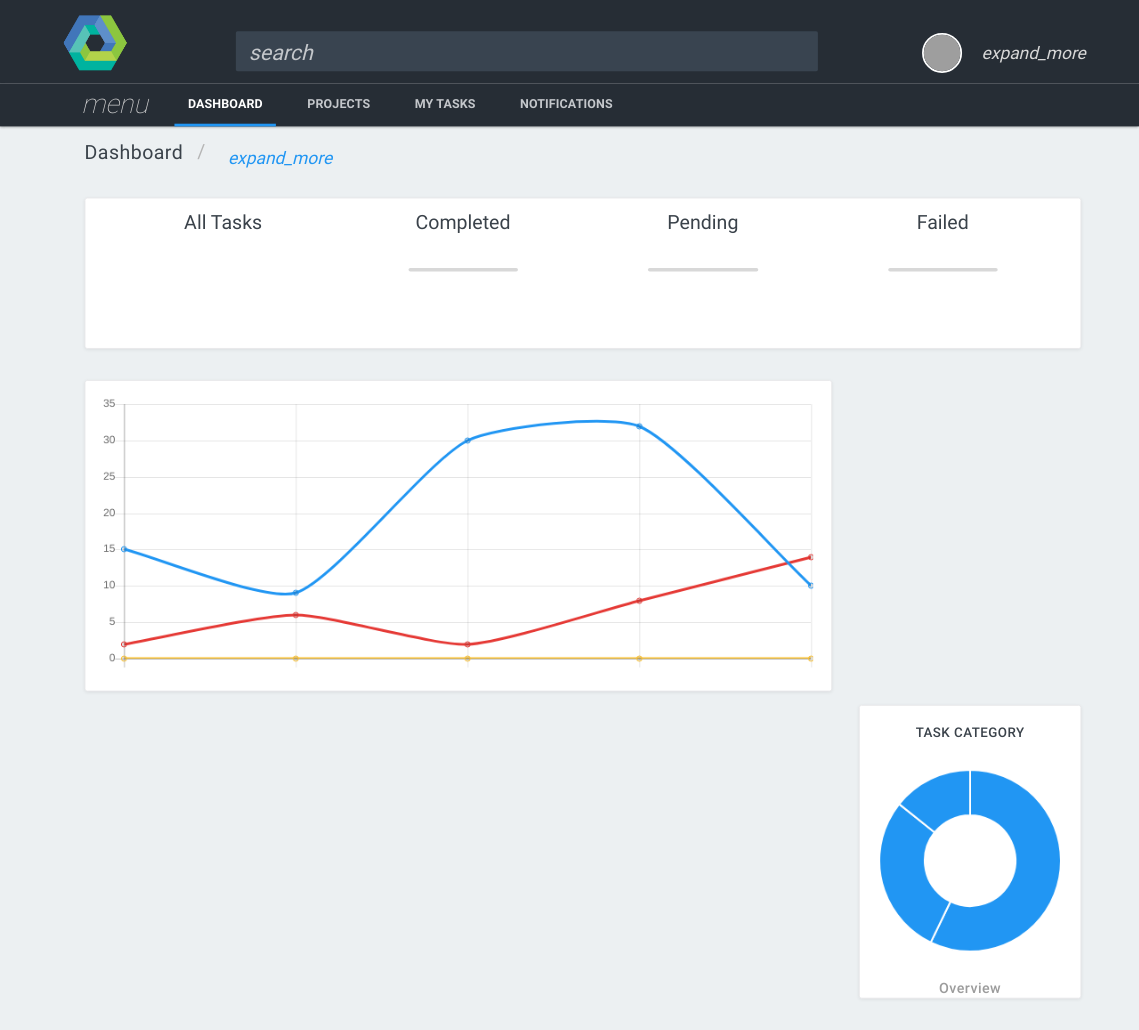
Repository: RenanChagas/ProjectManagement
Page: http://localhost/finalproject/WEB-INF/views/dashboard.jsp
These files come from the project's save history. The page is drawn as it stood at one moment and after the next save; the edit follows.
The browser window is 1280 px wide. The pictures show the whole page, at 89% of full size.
Pictures or frames that could not be fetched are drawn as grey boxes. The page is served by Tomcat 9. Nobody is signed in. The template is opened directly, without the code that normally fills it, so the values that code supplies are empty.

Above is the page before, as saved 2017-11-20 02:09:11.

After the next save:
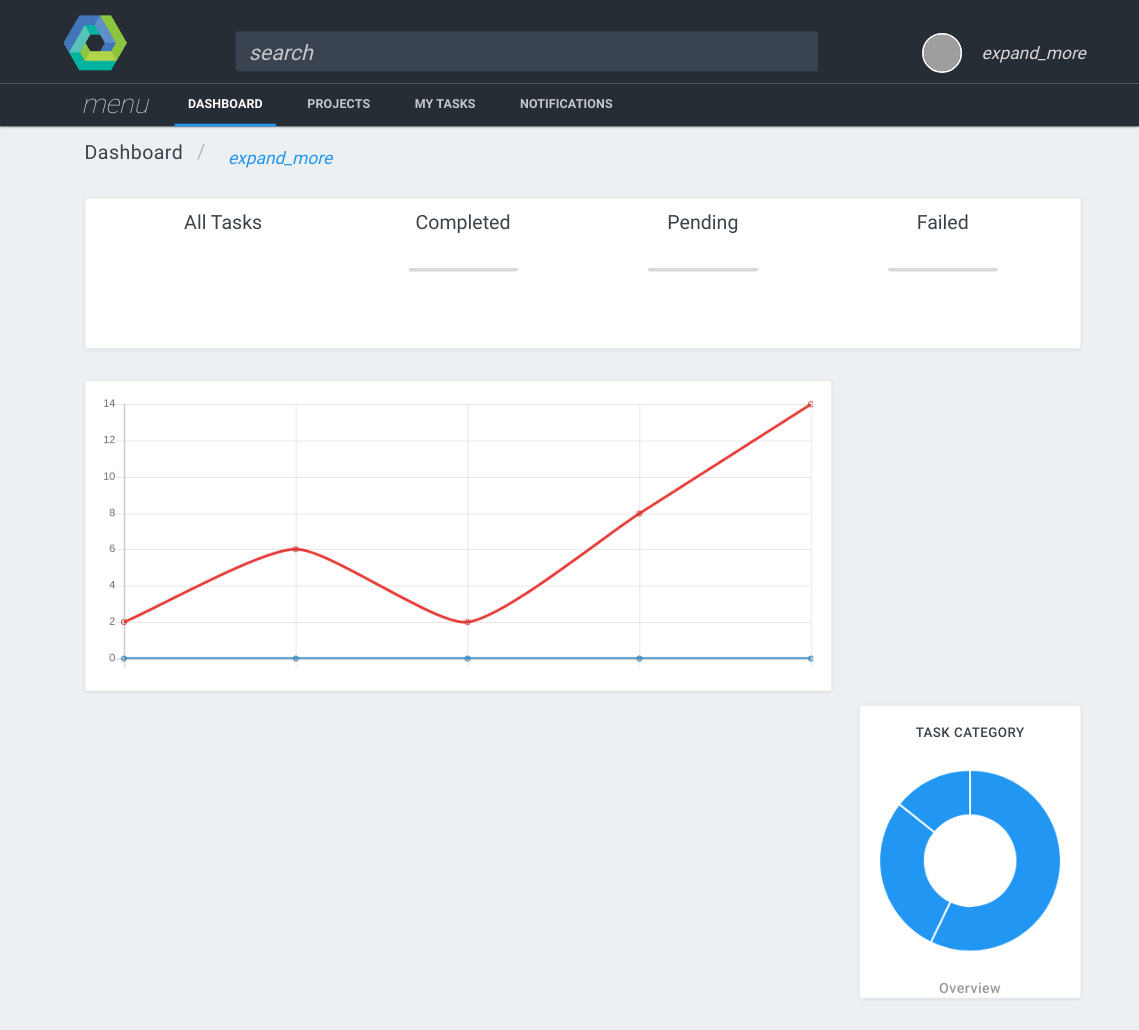
Saved 39 min 10 s later.
--- a/finalproject/src/main/webapp/WEB-INF/views/dashboard.jsp
+++ b/finalproject/src/main/webapp/WEB-INF/views/dashboard.jsp
@@ -263,7 +263,7 @@
                   {
                     label: "Tasks Completed",
                     borderColor: "#2196F3",
-                    data: [15,9,30,32,10],
+                    data: ["" + "${pendingTasksNumber[4]}" + "","" + "${pendingTasksNumber[3]}" + "","" + "${pendingTasksNumber[2]}" + "","" + "${pendingTasksNumber[1]}" + "", "" + "${pendingTasksNumber[0]}" + ""],
                     fill: false,
                     lineTension: 0.2
                   },
